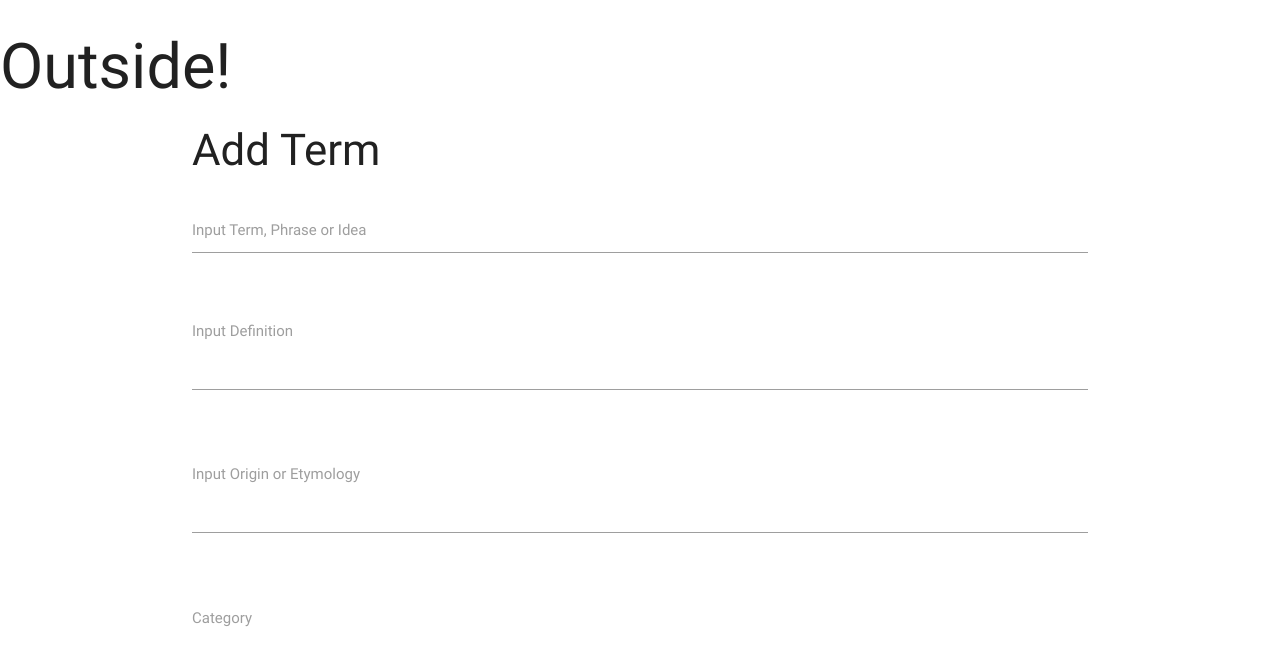
Repository: kalkiboru111/irish-dictionary-of-received-ideas
Page: templates/add_term.html
The author's editor kept a record of every edit. The page is drawn from the files as they stood at one moment, then again after the next edit.
The browser window is 1280 px wide. The pictures show the whole page.
Some web libraries are served in a nearby version. The page is served by the project's application, run on Flask 3 (app.py). The template is opened directly, without the code that normally fills it, so the values that code supplies are empty.

Above is the page before.
Console error: TypeError: $(...).sidenav is not a function

### templates/add_term.html
{% extends 'base.html' %} {% block content %}

<div class="container">
  <h3>Add Term</h3>
  <div class="row">
    <form class="col s12">
      <div class="row">
        <div class="input-field col s12">
          <input id="term_name" name="term_name" type="text" data-length="15">
          <label for="term_name">Input Term, Phrase or Idea</label>
        </div>
      </div>
      <div class="row">
        <div class="input-field col s12">
          <textarea id="term_definition" name="term_definition" class="materialize-textarea" data-length="120"></textarea>
          <label for="term_definition">Input Definition</label>
        </div>
      </div>
      <div class="row">
        <div class="input-field col s12">
          <textarea id="term_origin" name="term_origin" class="materialize-textarea" data-length="120"></textarea>
          <label for="term_origin">Input Origin or Etymology</label>
        </div>
      </div>
<!-- Materialize select not currently functioning correctly. -->
 <div class="row">
        <div class="input-field col s12">
          <select>
            <option value=""selected>Choose your option</option>
            <option value="1">Option 1</option>
            <option value="2">Option 2</option>
            <option value="3">Option 3</option>
          </select>
          <label>Category</label>
        </div>
      </div>

    </form>
  </div>
</div>
{% endblock %}

### templates/base.html
<!DOCTYPE html>
<html>

<head>
    <link href="https://fonts.googleapis.com/icon?family=Material+Icons" rel="stylesheet">
    <link rel="stylesheet" href="https://cdnjs.cloudflare.com/ajax/libs/materialize/0.100.2/css/materialize.min.css">
</head>

<body>
    <h1>Outside!</h1>
    {% block content %} {% endblock %}
    <script src="https://cdnjs.cloudflare.com/ajax/libs/jquery/3.2.1/jquery.min.js"></script>
    <script src="https://cdnjs.cloudflare.com/ajax/libs/materialize/0.100.2/js/materialize.min.js"></script>

    <script type="text/javascript">
        $(document).ready(function() {
            $('.sidenav').sidenav();
            $('select').formSelect();
        });
    </script>
</body>

</html>

### app.py
import os
from flask import Flask, render_template, redirect, request, url_for
from flask_pymongo import PyMongo
from bson.objectid import ObjectId

app = Flask(__name__)

app.config['MONGO_DBNAME'] = 'irish_dictionary'
app.config["MONGO_URI"] = os.getenv("MONGO_URI")

mongo = PyMongo(app)

@app.route('/')

# View directs user to terms page
@app.route('/get_terms')
def get_terms():
    return render_template("terms.html", terms=mongo.db.terms.find())

@app.route('/add_term')
def add_term():
    return render_template("add_term.html",
    categories=mongo.db.categories.find())

if __name__ == '__main__':
    app.run(host=os.environ.get('IP'),
            port=int(os.environ.get('PORT')),
            debug=True)

After the next edit:
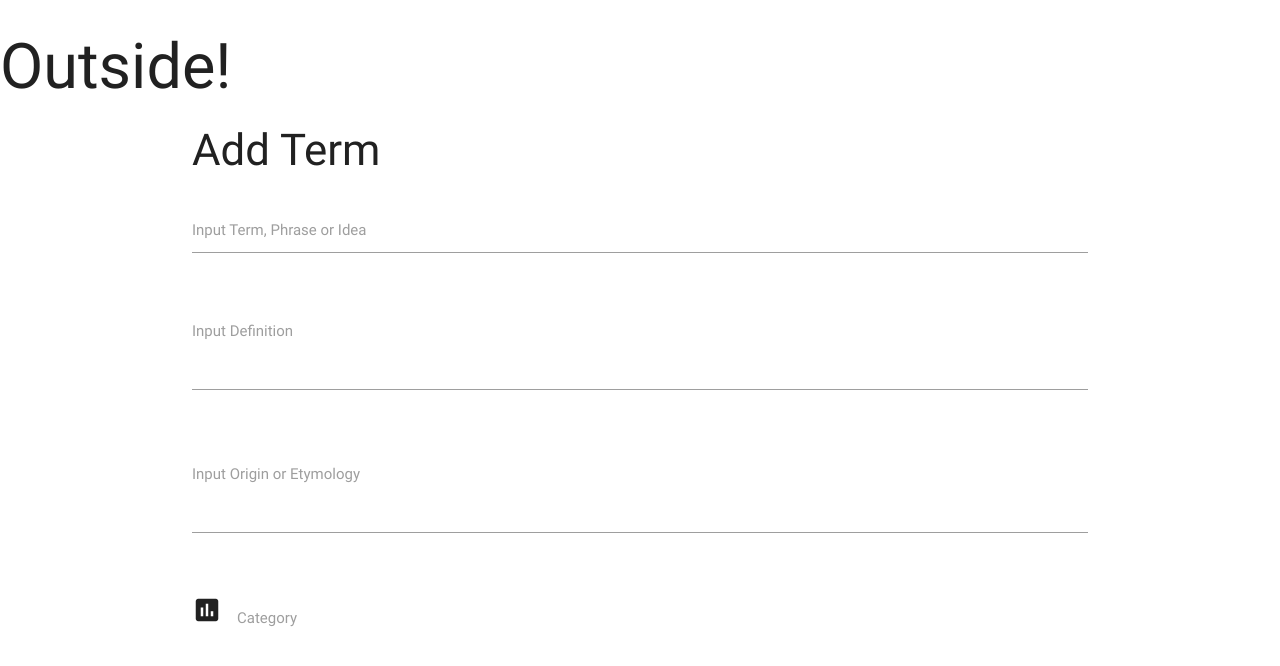
The edit:
--- a/templates/add_term.html
+++ b/templates/add_term.html
@@ -25,6 +25,7 @@
 <!-- Materialize select not currently functioning correctly. -->
  <div class="row">
         <div class="input-field col s12">
+          <i class="material-icons prefix">poll</i>
           <select>
             <option value=""selected>Choose your option</option>
             <option value="1">Option 1</option>
